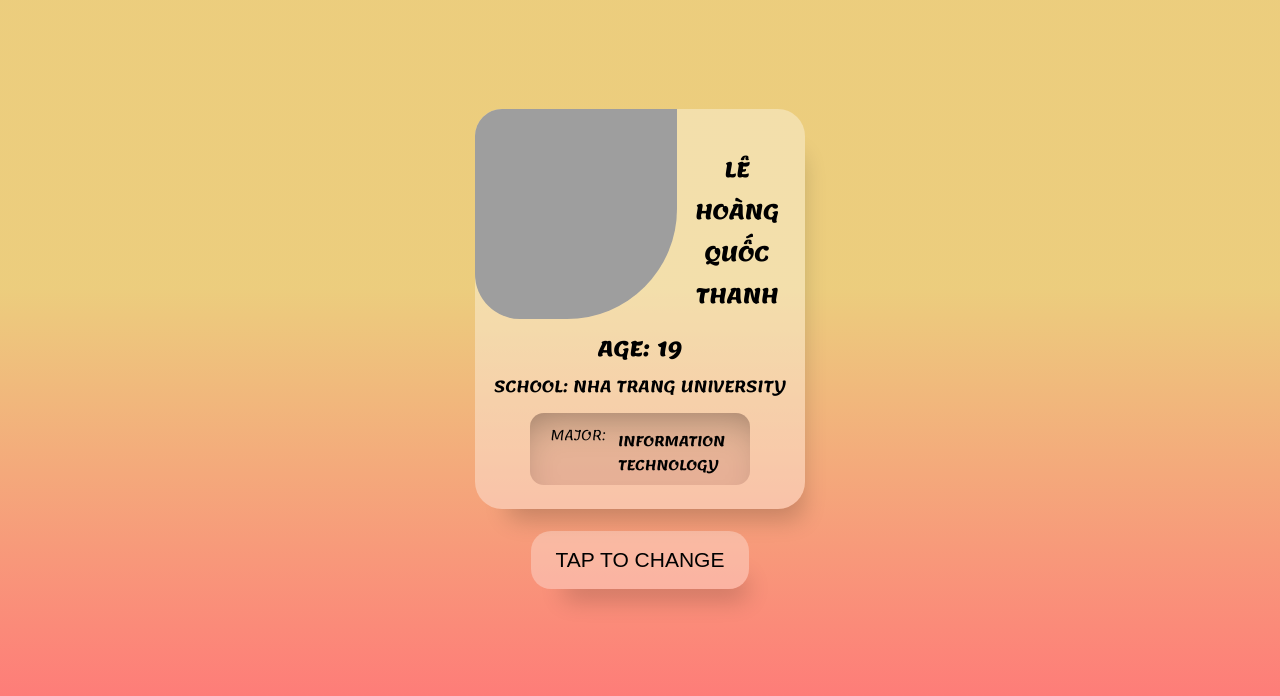
Repository: ThanhThn/profile
Page: index.html
The author's editor kept a copy of each file at every save. The page is drawn from the files as they stood at one save, then again after the next save.
The browser window is 1280 px wide. The pictures show the whole page.
After loading, the first visible `#btn` was clicked once.
Pictures or frames that could not be fetched are drawn as grey boxes. Some web fonts or font styles are not loaded; a fallback is used.

Above is the page before, as saved 2022-12-05 21:26:00.

After the next save:
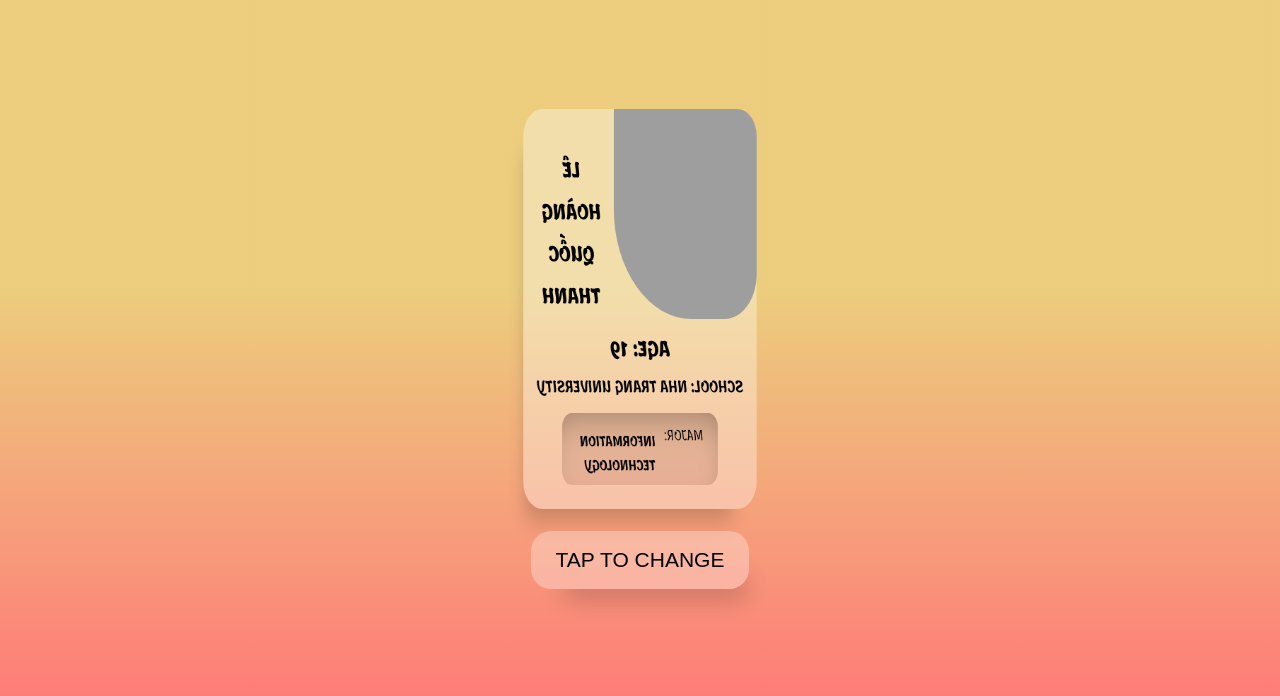
Saved 10 s later.
--- a/index.html
+++ b/index.html
@@ -35,7 +35,7 @@
         const main = document.getElementsByClassName("content");
         btn.addEventListener("click", () => {
             for(let i = 0; i < main.length; i++){
-                main[i].style.animation = "rotate  4s linear  infinite;";
+                main[i].style.animation = "rotate  4s linear  infinite";
             }
         })
     </script>

After the save that followed:
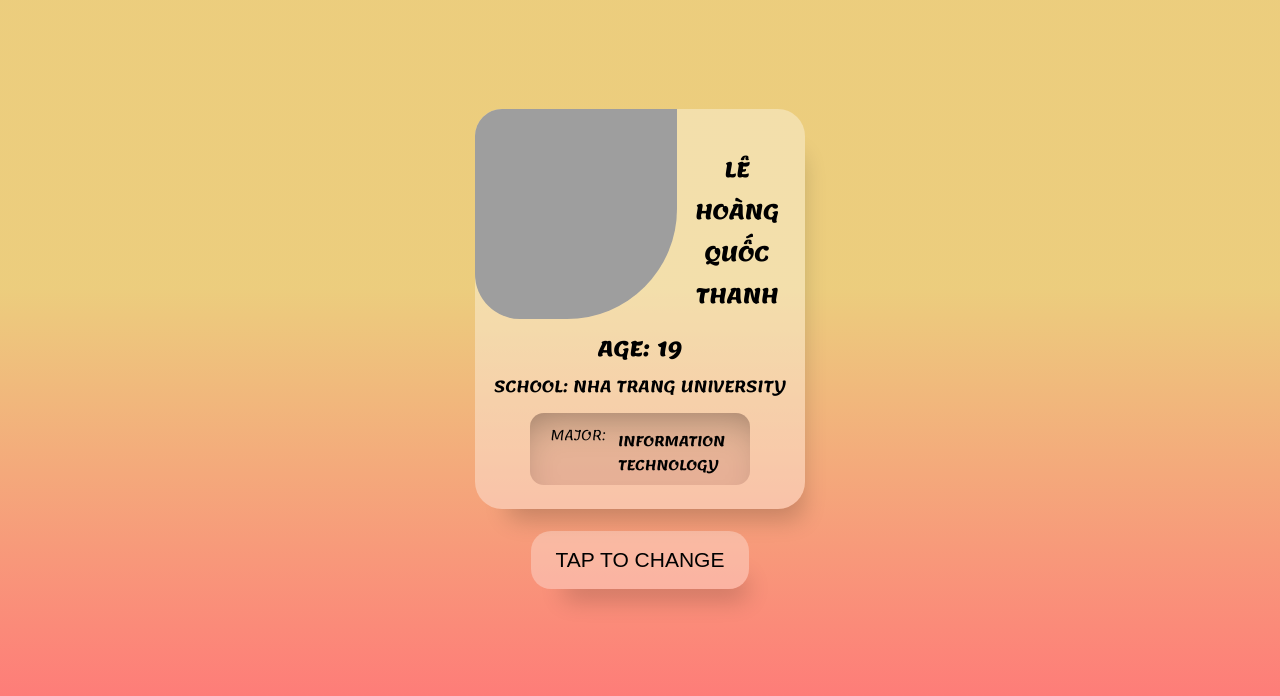
Console error: ReferenceError: NULL is not defined
Saved 109 s later.
--- a/index.html
+++ b/index.html
@@ -35,7 +35,11 @@
         const main = document.getElementsByClassName("content");
         btn.addEventListener("click", () => {
             for(let i = 0; i < main.length; i++){
+                if(main[i].style.animation != NULL)
                 main[i].style.animation = "rotate  4s linear  infinite";
+                else{
+                    main[i].style.animation = "null";
+                }
             }
         })
     </script>
